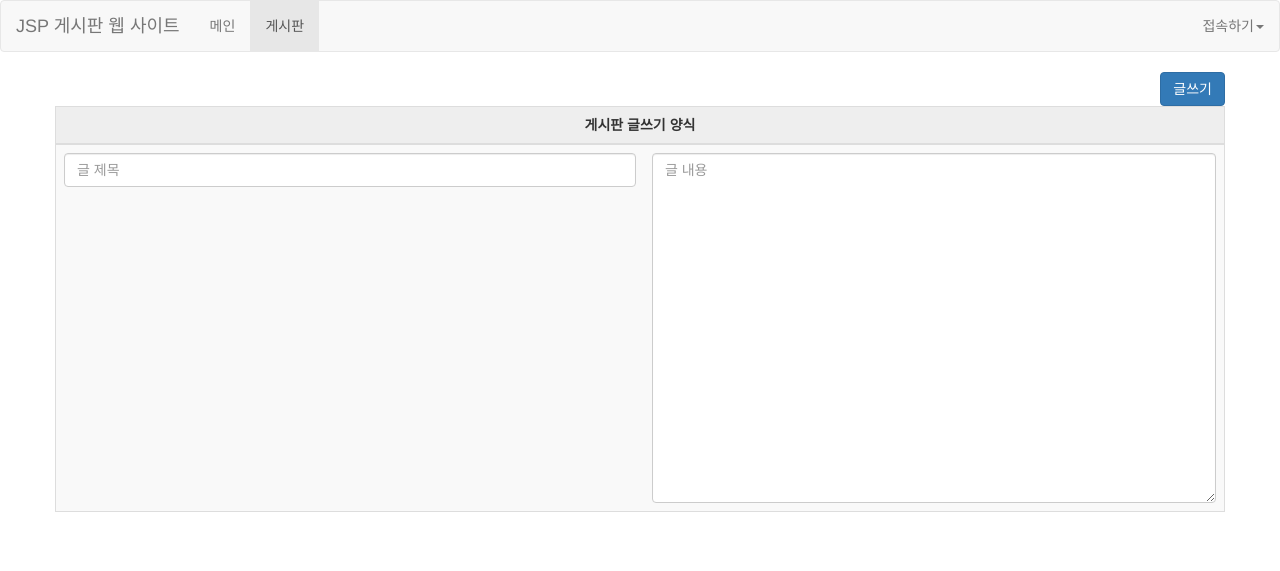
Repository: hseob04/jsp_bbs
Page: http://localhost/BBS/write.jsp
An editor plug-in stored every save of this project. The page is shown before and after the next save, followed by the edit.
The browser window is 1280 px wide. The pictures show the whole page.
Some web libraries are served in a nearby version. The page is served by Tomcat 9.

Above is the page before, as saved 2021-03-22 14:56:25.

After the next save:
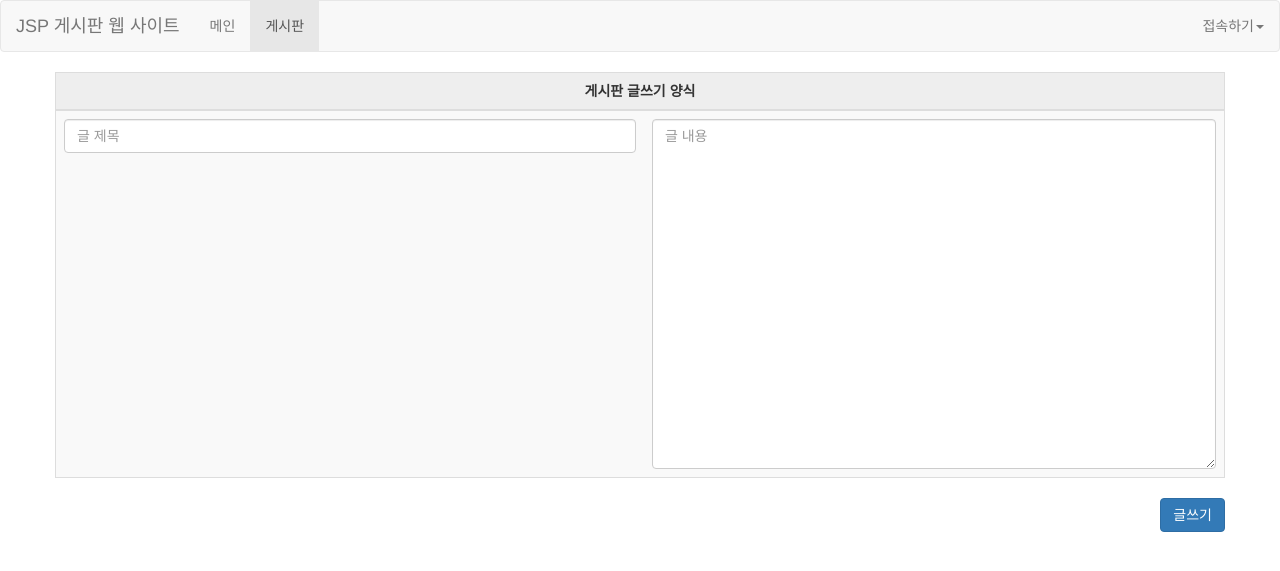
Saved 33 s later.
--- a/JSP/projects/BBS/src/main/webapp/write.jsp
+++ b/JSP/projects/BBS/src/main/webapp/write.jsp
@@ -85,12 +85,12 @@
 					<tbody>
 						<tr>
 							<td><input type="text" class="form-control" placeholder="글 제목" name="bbsTitle" maxlength="50"></td>
-							<td><textarea type="text" class="form-control" placeholder="글 내용" name="bbsContent" maxlength="2048" style="height: 350px;"></textarea></td>
+							<td><textarea class="form-control" placeholder="글 내용" name="bbsContent" maxlength="2048" style="height: 350px;"></textarea></td>
 
 						</tr>
 					</tbody>
+				</table>
 				<input type="submit" class="btn btn-primary pull-right" value="글쓰기">
-				</table>
 			</form>
 		</div>
 	</div>
